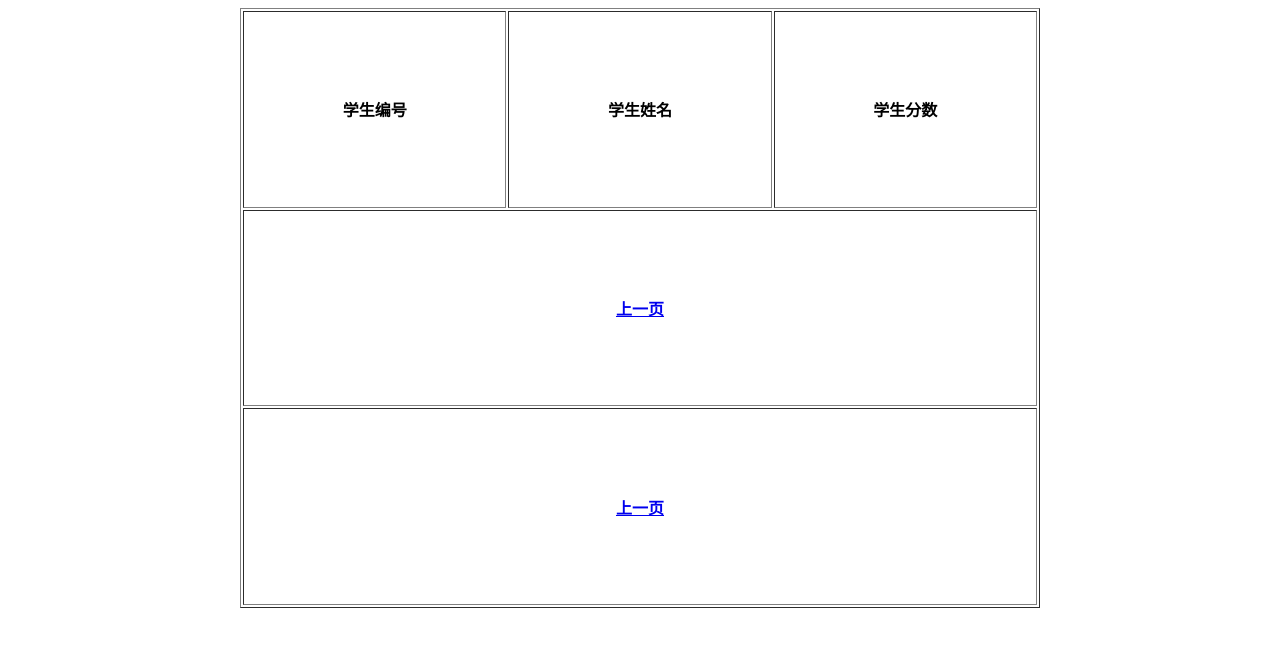
Repository: byuan98/study
Page: http://localhost/day071web/jsp/pagingoptimization.jsp
The author's editor kept a copy of each file at every save. The page is drawn from the files as they stood at one save, then again after the next save.
The browser window is 1280 px wide. The pictures show the whole page.
The page is served by Tomcat 9. Queries for data that is not in the repository find no rows.

Above is the page before, as saved 2021-03-30 15:24:05.

After the next save:
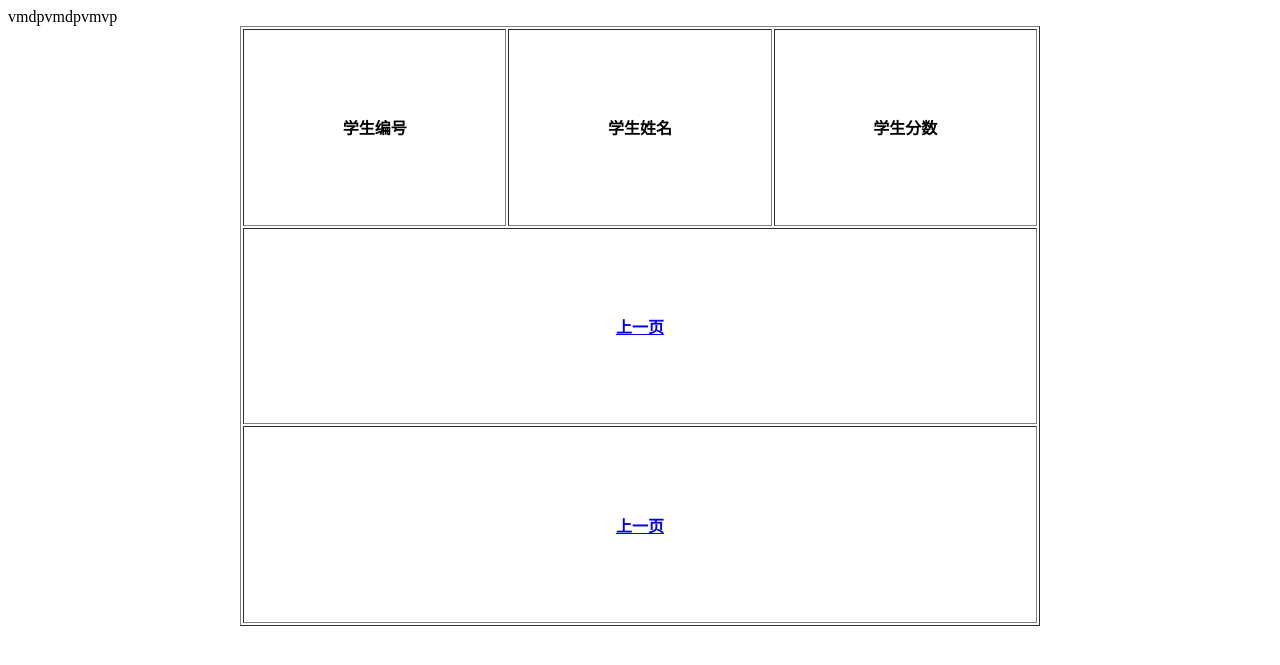
Saved 65 s later.
--- a/day071web/WebContent/jsp/pagingoptimization.jsp
+++ b/day071web/WebContent/jsp/pagingoptimization.jsp
@@ -70,6 +70,7 @@
              <core:set var="endNum" value="${requestScope.paging.pageTotal}"/>
                 </core:if>
     </tr>
+    vmdpvmdpvmvp
   </table>
 </body>
 </html>

After the save that followed:
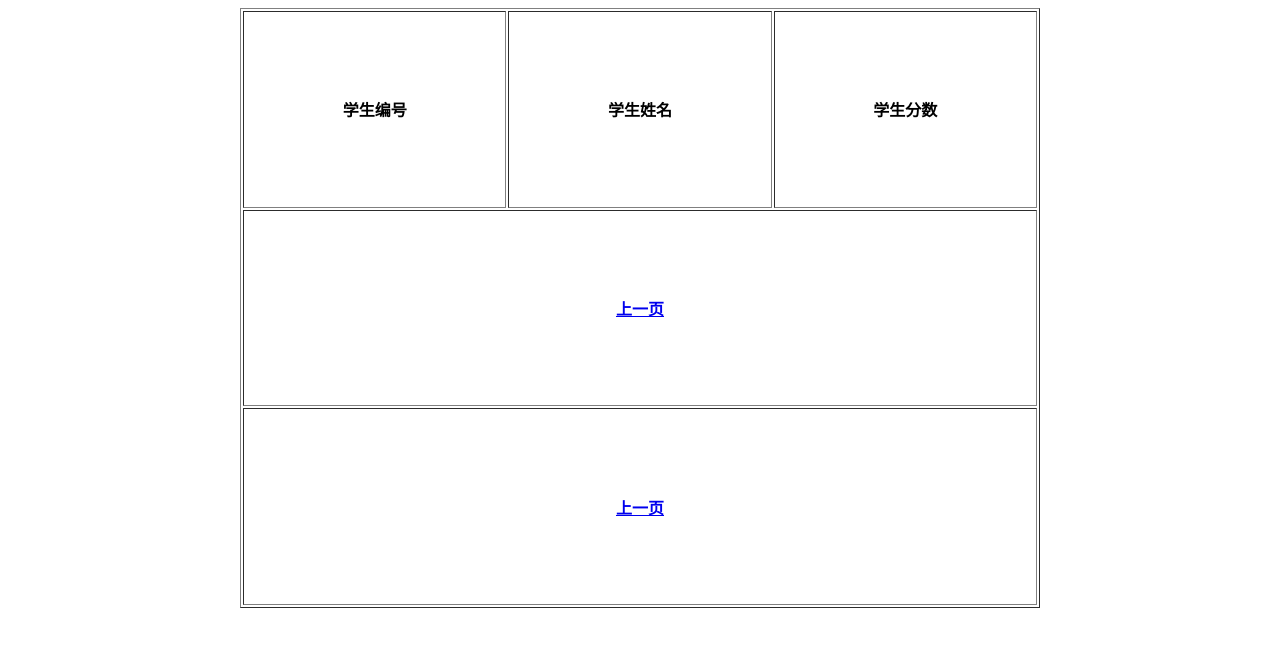
Saved 17 s later.
--- a/day071web/WebContent/jsp/pagingoptimization.jsp
+++ b/day071web/WebContent/jsp/pagingoptimization.jsp
@@ -70,7 +70,6 @@
              <core:set var="endNum" value="${requestScope.paging.pageTotal}"/>
                 </core:if>
     </tr>
-    vmdpvmdpvmvp
   </table>
 </body>
 </html>
